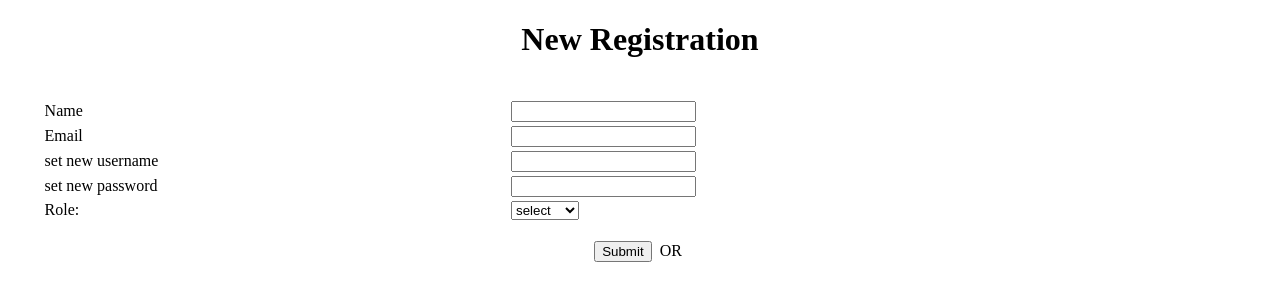
Repository: viraj2623/My_projects
Page: loginandregpr/src/main/webapp/Registration.html
An editor plug-in stored every save of this project. The page is shown before and after the next save, followed by the edit.
The browser window is 1280 px wide. The pictures show the whole page.

Above is the page before, as saved 2025-03-04 08:22:41.

### loginandregpr/src/main/webapp/Registration.html
<!DOCTYPE html>
<html>
<head>
<meta charset="UTF-8">
<title>Insert title here</title>
</head>
<body>
<div class="col-11 container">
 <div align="center">
  <h1>New Registration</h1>

  <form action="Regandloginsrv" method="service">
  <div class="container mt-4">
  <input type="hidden" name="movement" value="register">
   <table style="width: 95%" class="table">
    <tr>
     <td><legend>Name</legend></td>
     <td><input type="text" name="name" required/></td>
    </tr>
    <tr>
     <td><legend>Email</legend></td>
     <td><input type="email" name="email" required/></td>
    </tr>
    <tr>
     <td><legend>set new username</legend></td>
     <td><input type="text" name="username" required/></td>
    </tr>
    <tr>
     <td><legend>set new password</legend></td>
     <td><input type="password" name="password" required/></td>
    </tr>
    <tr>
    <td><legend>Role:</legend></td>
   <td> <select name="role">
   <option value="select">select</option>
        <option value="STUDENT">Student</option>
        <option value="ADMIN">Admin</option>
    </select>
    </td>
    <br>
    </tr>
   </table><br/>
   <input type="submit" class="btn btn-outline-success" value="Submit" />&nbsp; OR&nbsp;

   </div>
  </form>
 </div>
 </div>
 <script src="https://cdn.jsdelivr.net/npm/bootstrap@5.1.3/dist/js/bootstrap.bundle.min.js" integrity="sha384-ka7Sk0Gln4gmtz2MlQnikT1wXgYsOg+OMhuP+IlRH9sENBO0LRn5q+8nbTov4+1p" crossorigin="anonymous"></script>

</body>
</html>

After the next save:
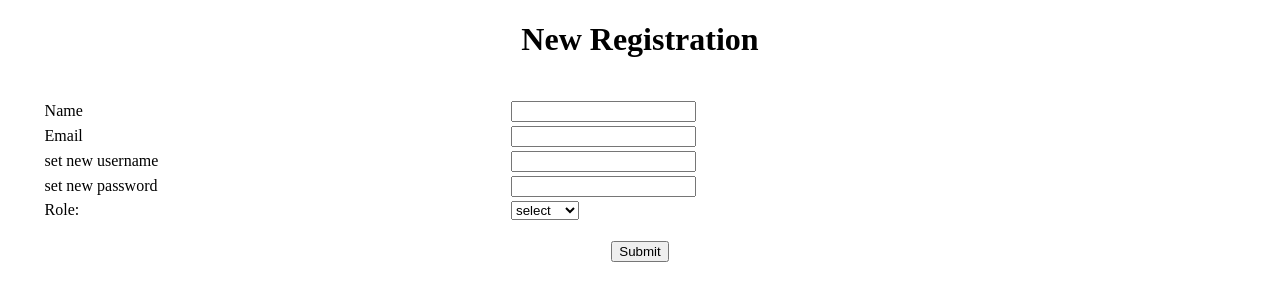
Saved 11 s later.
--- a/loginandregpr/src/main/webapp/Registration.html
+++ b/loginandregpr/src/main/webapp/Registration.html
@@ -40,7 +40,7 @@
     <br>
     </tr>
    </table><br/>
-   <input type="submit" class="btn btn-outline-success" value="Submit" />&nbsp; OR&nbsp;
+   <input type="submit" class="btn btn-outline-success" value="Submit" />
 
    </div>
   </form>
